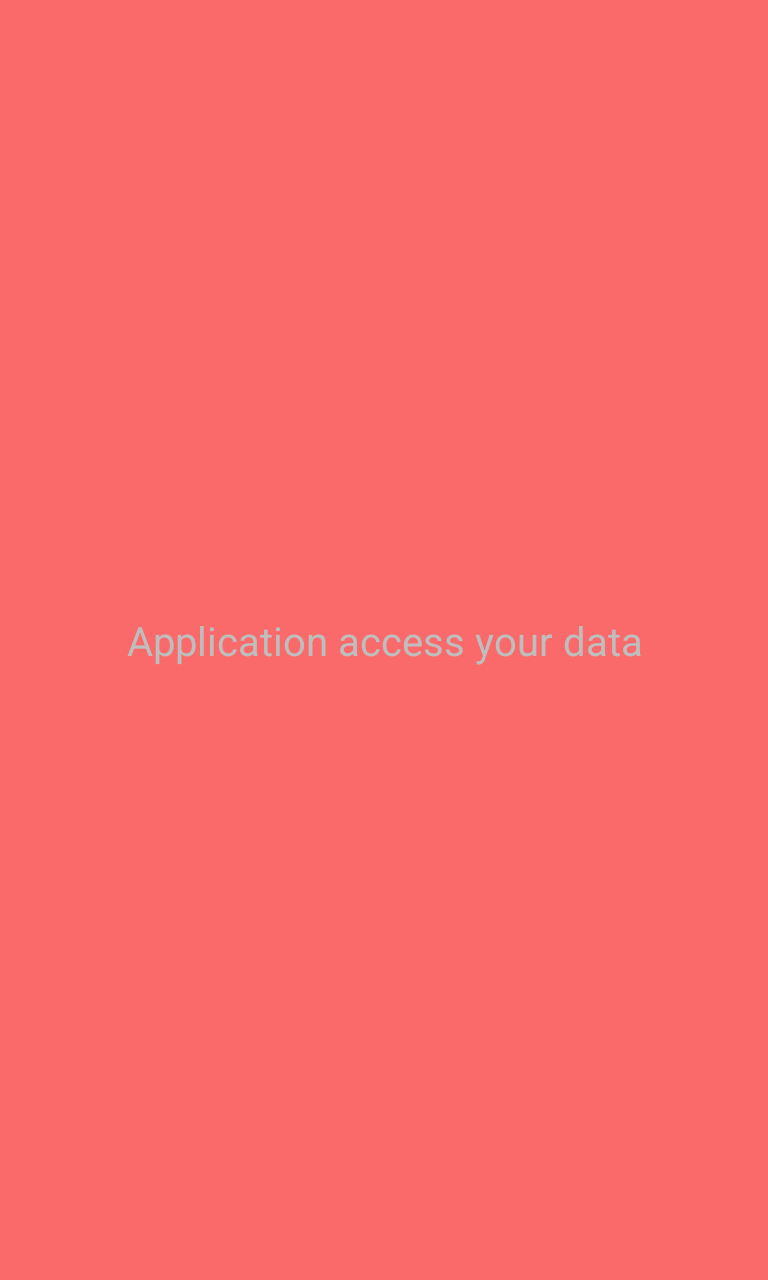
Repository: Abhilash--/Application-scanner
Layout: ApplicationScanner/res/layout/tab3.xml
An editor plug-in stored every save of this project. The layout is shown before and after the next save, followed by the edit.
It is drawn on a 768 x 1280 px phone screen (xhdpi) without system bars, with theme android:Theme; the app's code is not run.

Above is the layout before, as saved 2014-08-27 13:41:13.

After the next save:
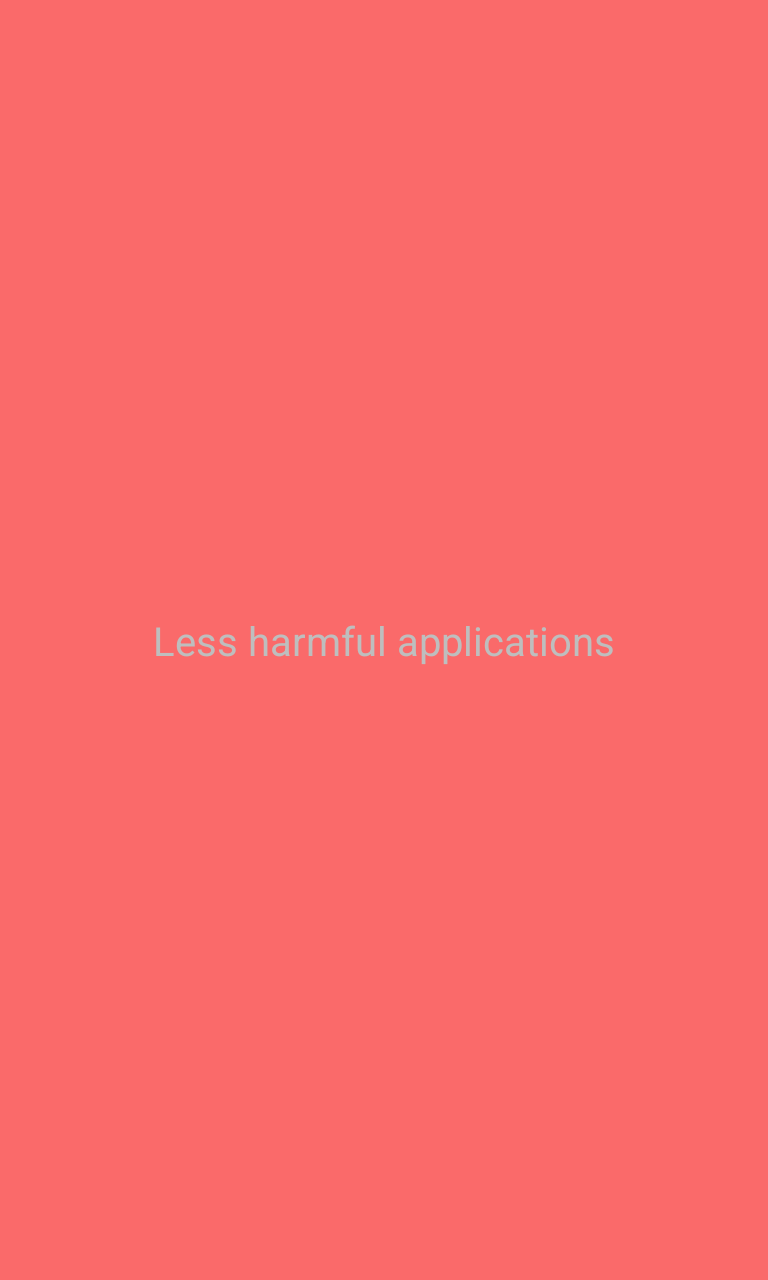
Saved 5 min 0 s later.
--- a/ApplicationScanner/res/layout/tab3.xml
+++ b/ApplicationScanner/res/layout/tab3.xml
@@ -8,7 +8,7 @@
     <TextView android:layout_width="fill_parent"
         android:layout_height="wrap_content"
         android:gravity="center"
-        android:text="Application access your data"
+        android:text="Less harmful applications"
         android:textSize="20sp"
         android:layout_centerInParent="true"/>
 
